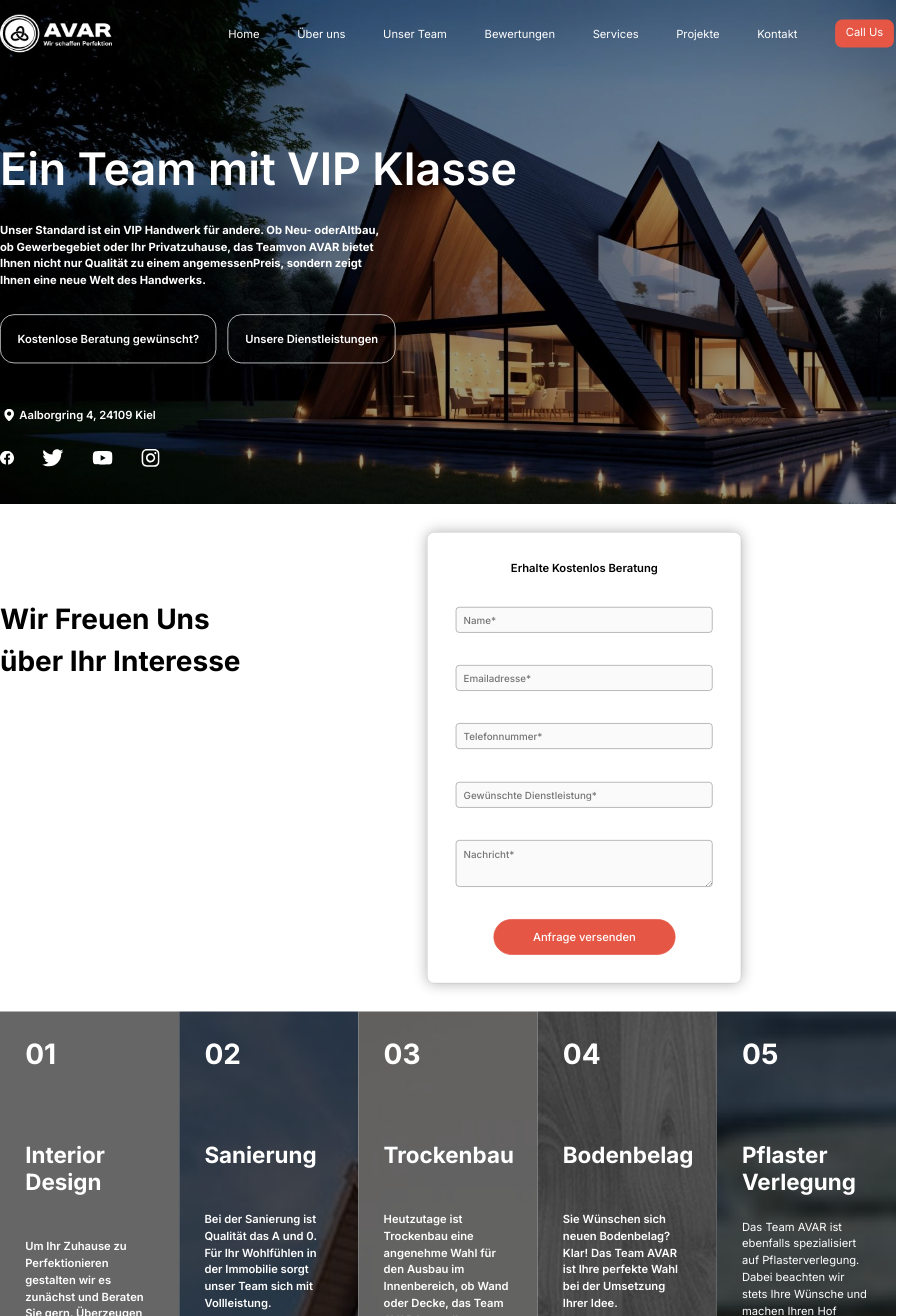
Repository: AlazarStudio/avar_react
Page: /
An editor plug-in stored every save of this project. The page is shown before and after the next save, followed by the edit.
The browser window is 1280 px wide. The page is 1287 px wide, so the pictures cover 1287 px, including what lies to the right of the window. The pictures show the part of the page from y = 0 to 1880 px (the page is 8058 px tall), at 70% of full size.
The project was rebuilt for these pictures with package versions that can differ from the ones it lists, and the page was loaded fresh each time. Also part of the build but not shown: vite.config.js, src/Components/Pages/Non_Found_Page.jsx, src/Components/Pages/HomePage/HomePage.module.css, src/Components/Pages/UberUnsPage/UberUnsPage.module.css, src/Components/ui/UberUnsContainers/Container1/Container1.module.css, src/Components/ui/UberUnsContainers/Container1/Container1.jsx, src/Components/ui/UberUnsContainers/Container2/Container2.module.css, src/Components/ui/UberUnsContainers/Container2/Container2.jsx and 55 more.

Above is the page before, as saved 2025-07-02 19:18:07.

After the next save:
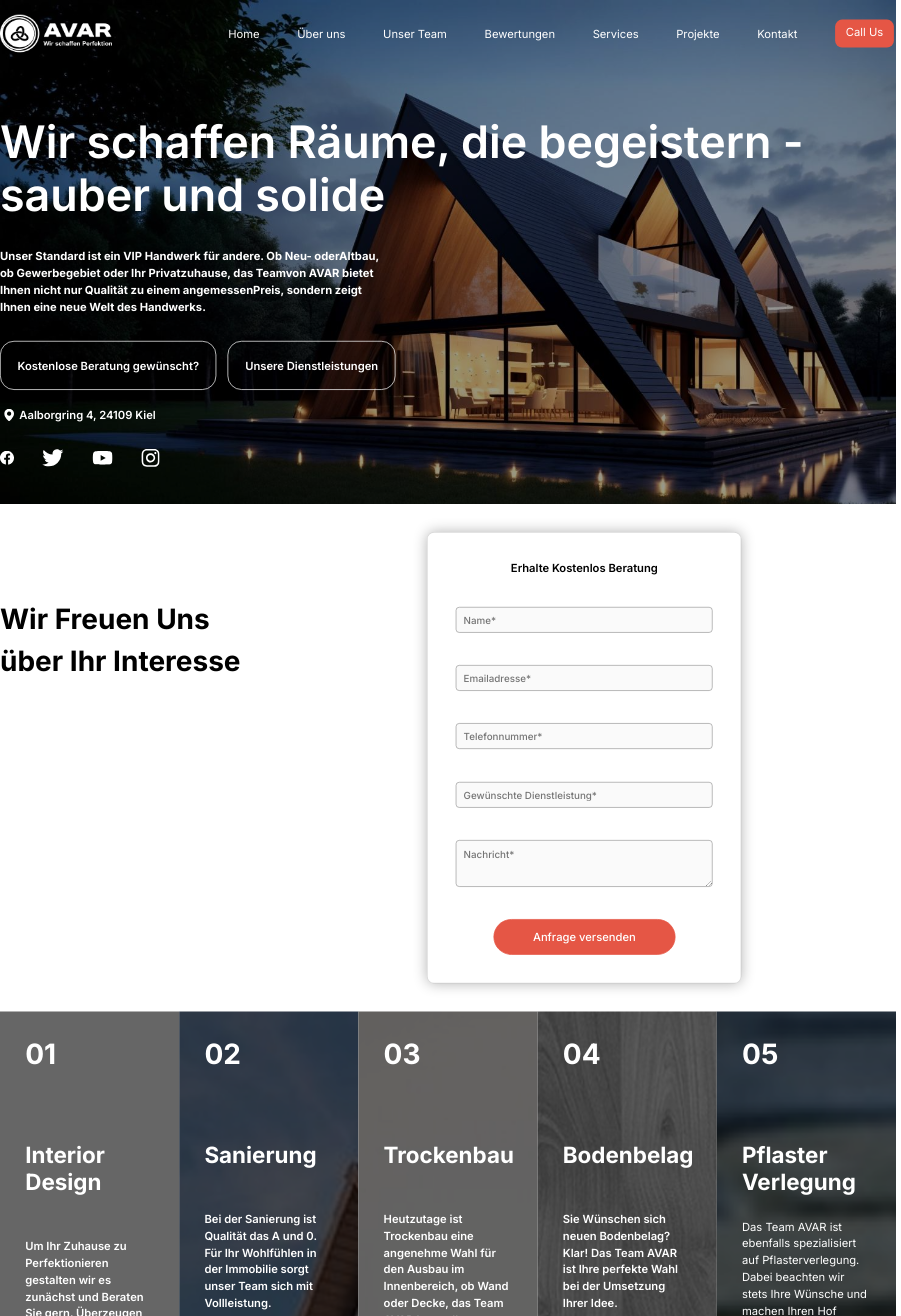
Saved 44 h 14 min later.
--- a/src/Components/ui/HomePageContainers/Container1/Container1.jsx
+++ b/src/Components/ui/HomePageContainers/Container1/Container1.jsx
@@ -8,7 +8,7 @@ export default function Container1() {
         <div className={classes.content}>
           <div className={classes.box}>
             <div className={classes.block}>
-              <span>Ein Team mit VIP Klasse</span>
+              <span>Wir schaffen Räume, die begeistern - sauber und solide</span>
               <span>
                 Unser Standard ist ein VIP Handwerk für andere. Ob Neu-
                 oderAltbau, ob Gewerbegebiet oder Ihr Privatzuhause, das Teamvon
